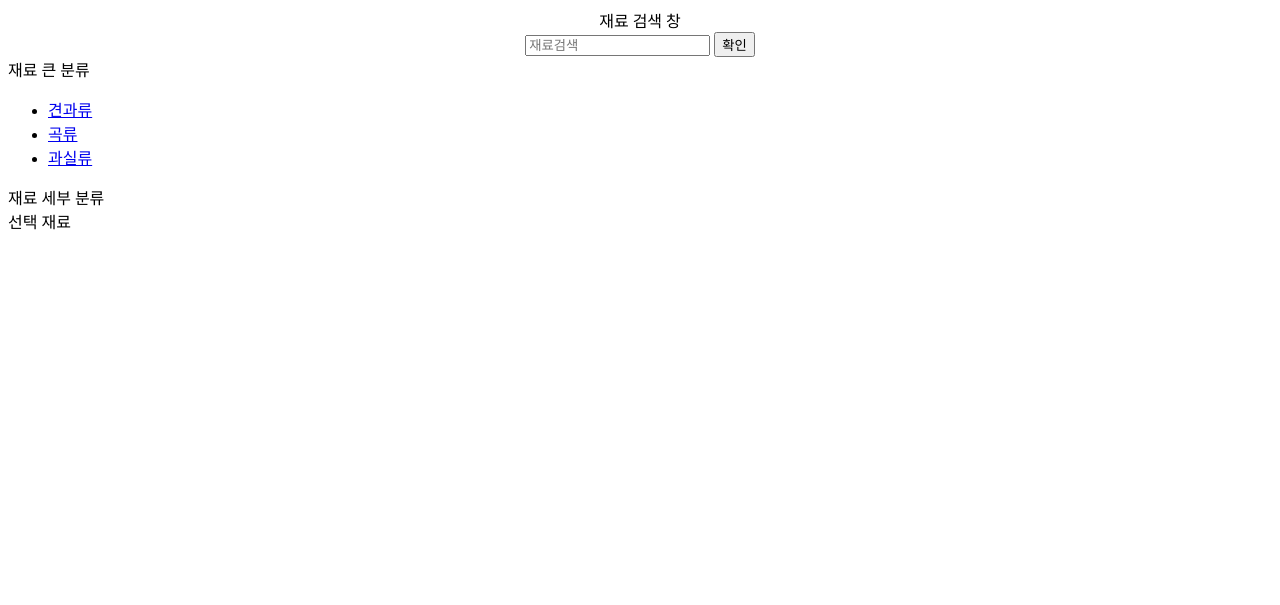
Repository: ahg2656/third_project
Page: http://localhost/third_pro/main.jsp
The author's editor kept a copy of each file at every save. The page is drawn from the files as they stood at one save, then again after the next save.
The browser window is 1280 px wide. The pictures show the whole page.
The page is served by Tomcat 9.

Above is the page before, as saved 2018-11-05 08:38:14.

After the next save:
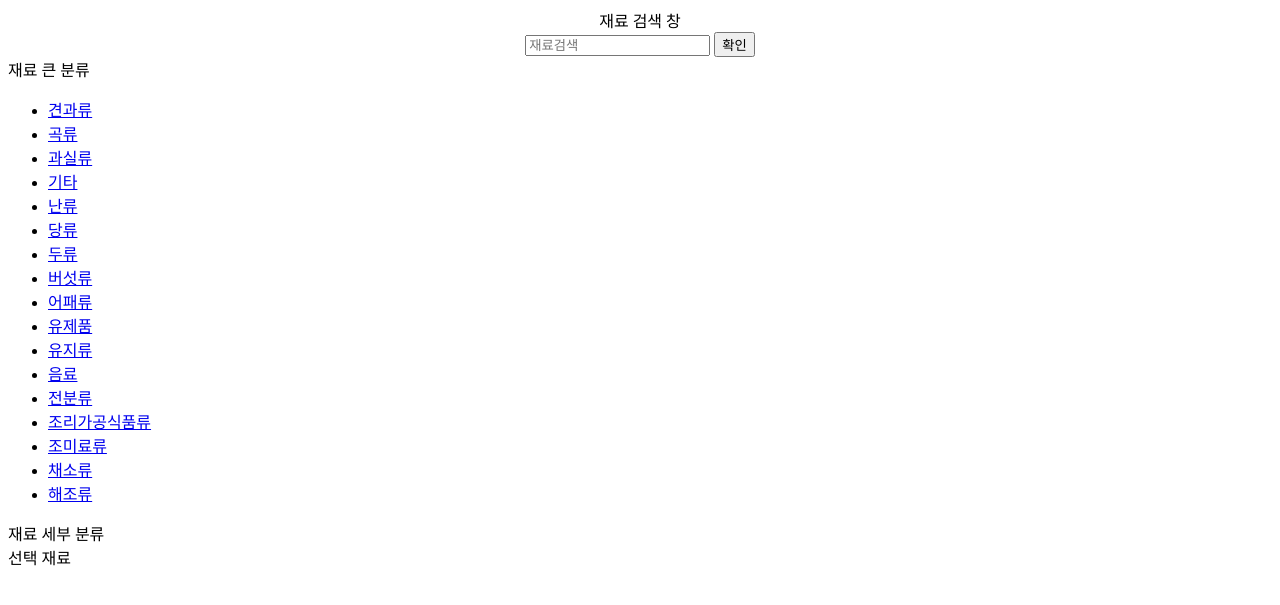
Saved 3 min 11 s later.
--- a/third_project/third_pro/src/main/webapp/main.jsp
+++ b/third_project/third_pro/src/main/webapp/main.jsp
@@ -31,9 +31,36 @@ window.onload= function() {
 <div class="serch_4" >
 재료 큰 분류<br>
 <ul>
+
+
+
+
+
+
+
+
+
+
+
+
+
 <li><a href="#">견과류</a></li>
 <li><a href="#">곡류</a></li>
 <li><a href="#">과실류</a></li>
+<li><a href="#">기타</a></li>
+<li><a href="#">난류</a></li>
+<li><a href="#">당류</a></li>
+<li><a href="#">두류</a></li>
+<li><a href="#">버섯류</a></li>
+<li><a href="#">어패류</a></li>
+<li><a href="#">유제품</a></li>
+<li><a href="#">유지류</a></li>
+<li><a href="#">음료</a></li>
+<li><a href="#">전분류</a></li>
+<li><a href="#">조리가공식품류</a></li>
+<li><a href="#">조미료류</a></li>
+<li><a href="#">채소류</a></li>
+<li><a href="#">해조류</a></li>
 </ul>
 </div>
 <div class="serch_5">
